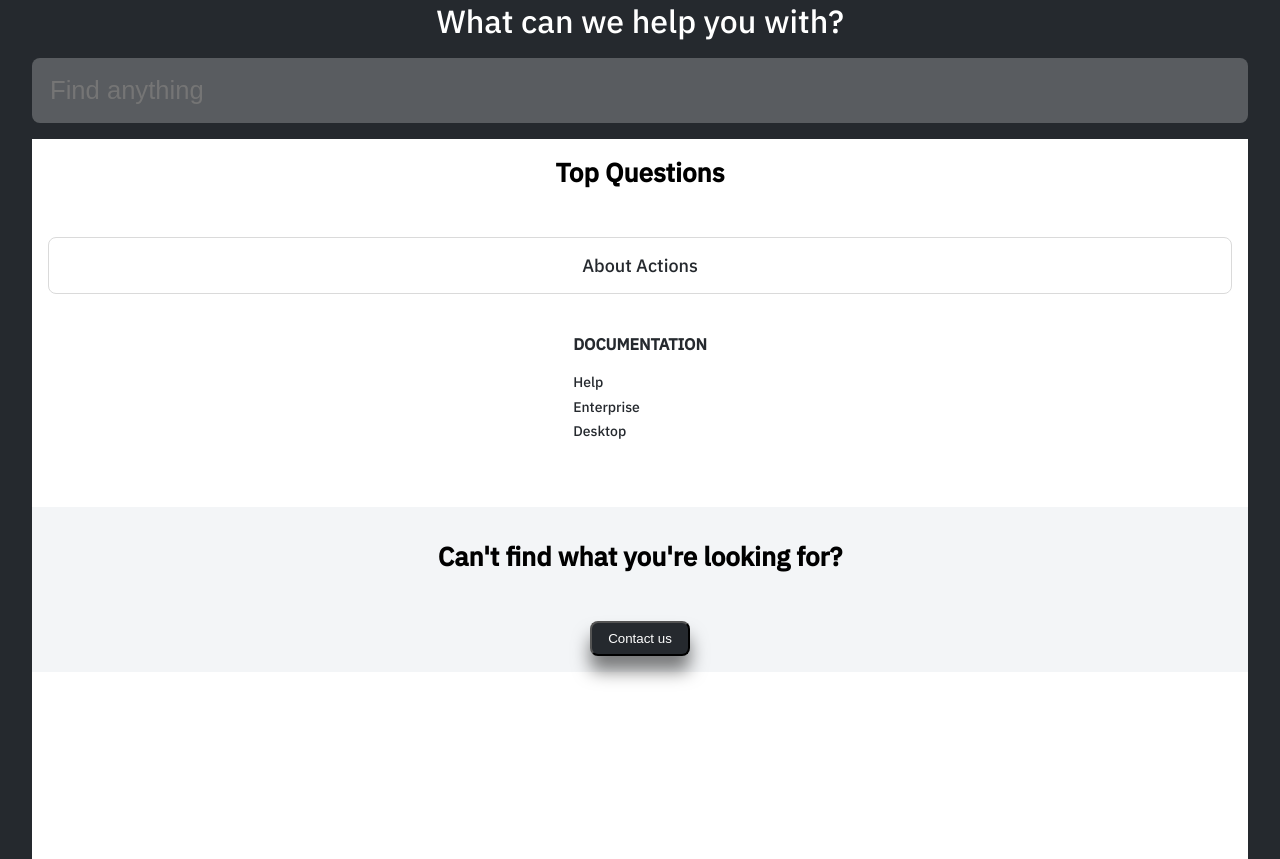
Repository: Hcmwebs/Help-Center-UI-
Page: index.html
An editor plug-in stored every save of this project. The page is shown before and after the next save, followed by the edit.
The browser window is 1280 px wide. The pictures show the whole page.
The style sheet was rebuilt from its Sass, Less or Tailwind sources for each picture, by a compiler version that may differ from the author's.

Above is the page before, as saved 2020-08-26 00:33:35.

After the next save:
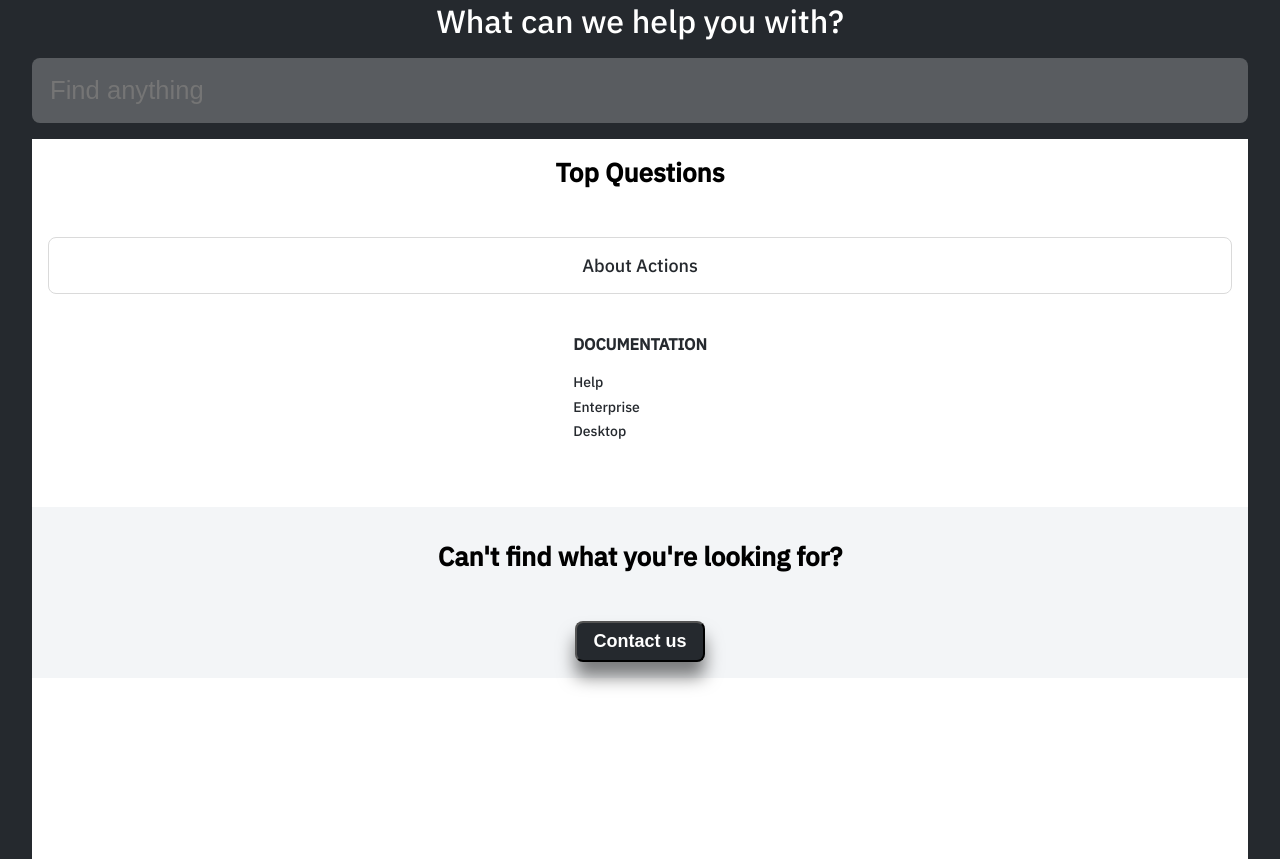
Saved 45 s later.
--- a/scss/styles.scss
+++ b/scss/styles.scss
@@ -139,6 +139,8 @@ header{
         align-items: center;
 
         button{
+            font-size: 18px;
+            font-weight: bold;
             margin: 1rem 0;
             padding: 0.5rem 1rem;
             border-radius: 0.5rem;
